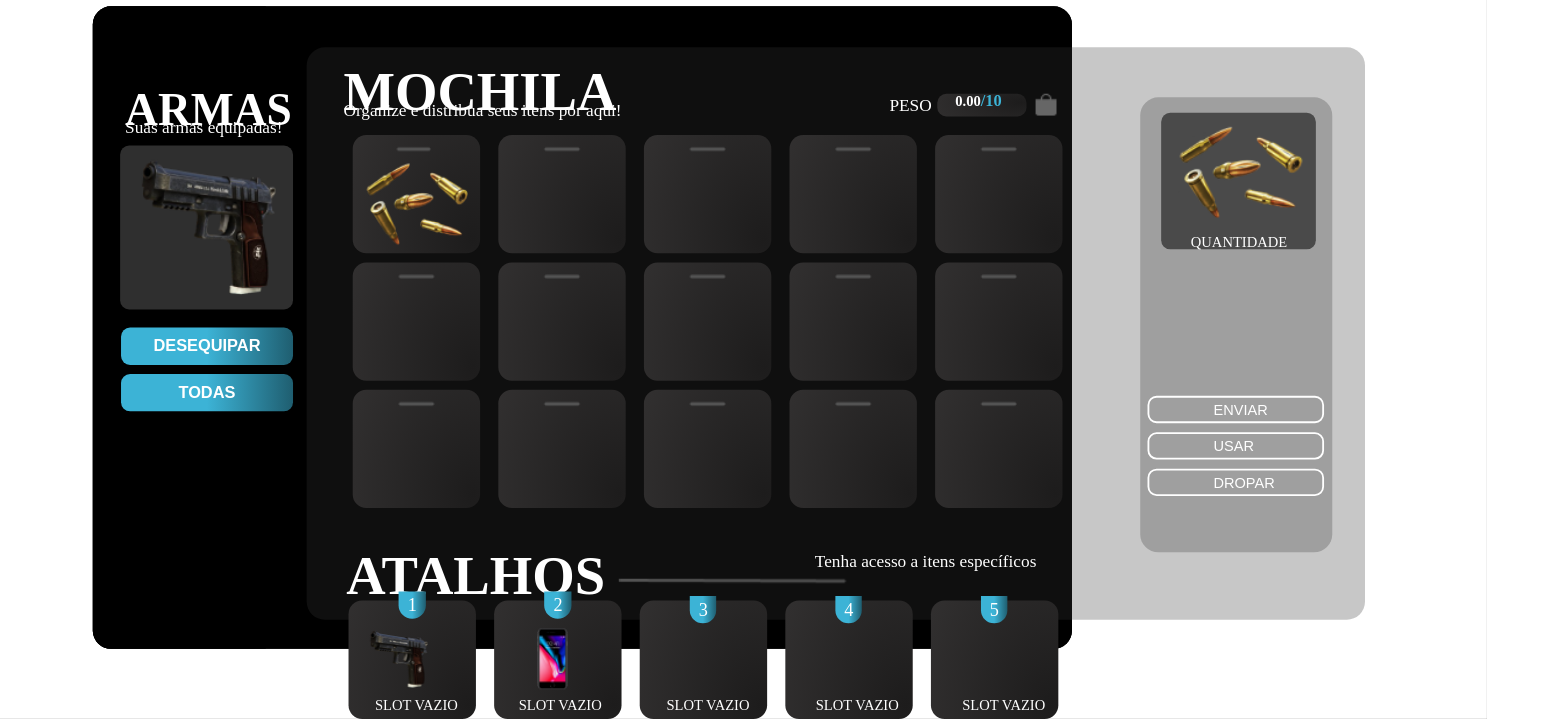
Repository: DuMCorrea/Mochila
Page: index.html
The author's editor kept a copy of each file at every save. The page is drawn from the files as they stood at one save, then again after a run of saves.
The browser window is 1280 px wide. The page is 1710 px wide, so the pictures cover 1710 px, including what lies to the right of the window. The pictures show the whole page, at 91% of full size.
An inner scrolling area shows only its first screen. Some web fonts or font styles are not loaded; a fallback is used.

Above is the page before, as saved 2024-09-06 11:46:54.

After the next 2 saves:
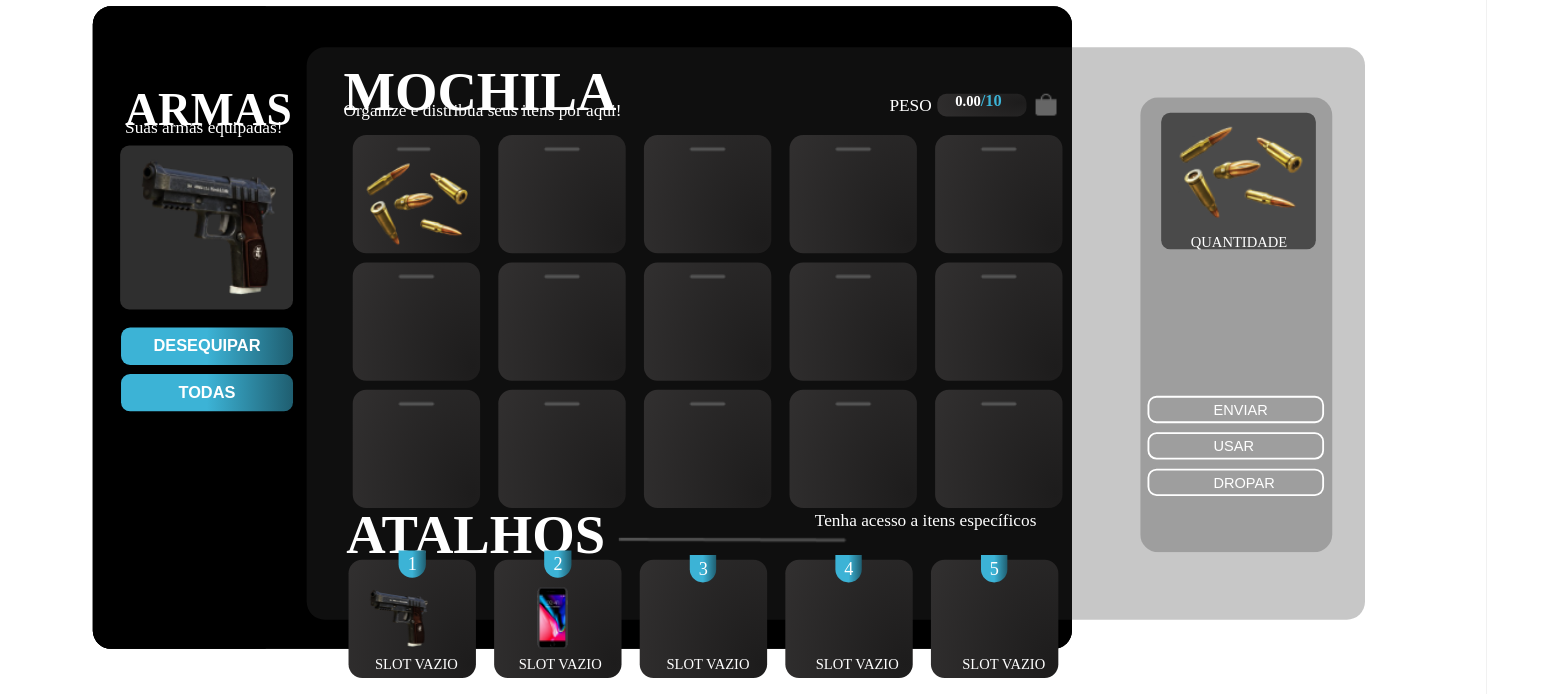
The 2 saves are shown as one change because they came seconds apart.
The last was saved 9 s later.
--- a/styles.css
+++ b/styles.css
@@ -273,7 +273,7 @@ body, html {
     position: relative;
     right: -3px;
     bottom: 35px;
-    margin-top: 50px;
+    margin-top: 5px;
 }
 
 .atalhos-image {
